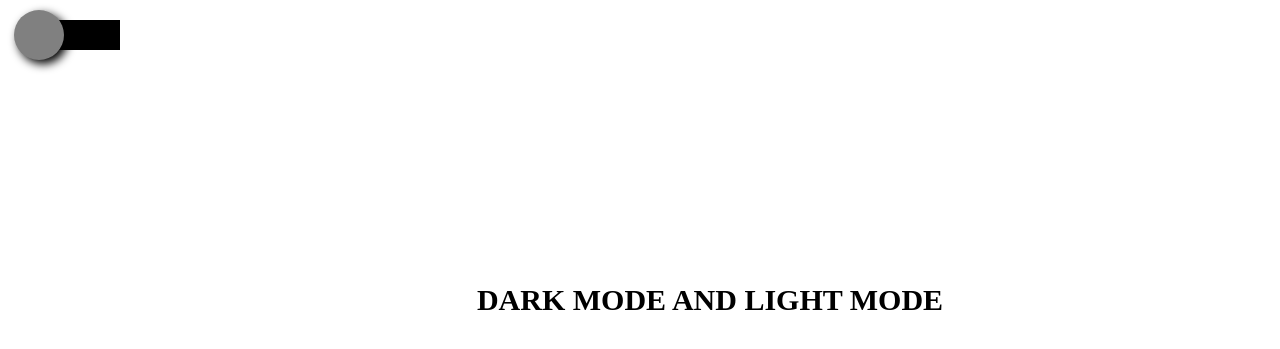
Repository: Eugene44-hub/darkmode-lightmode
Page: index.html
The author's editor kept a copy of each file at every save. The page is drawn from the files as they stood at one save, then again after the next save.
The browser window is 1280 px wide. The pictures show the whole page.

Above is the page before, as saved 2021-09-13 01:43:45.

After the next save:
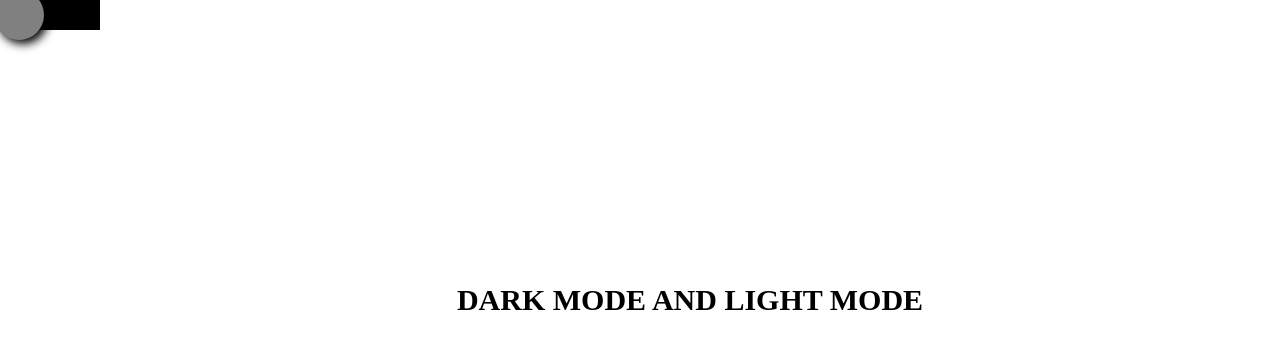
Saved 3 min 29 s later.
--- a/style.css
+++ b/style.css
@@ -22,7 +22,7 @@
       height: 30px;
       width: 100px;
       position: relative;
-      margin: 20px;
+      ;
       transition: all 0.5s;
   }
 
